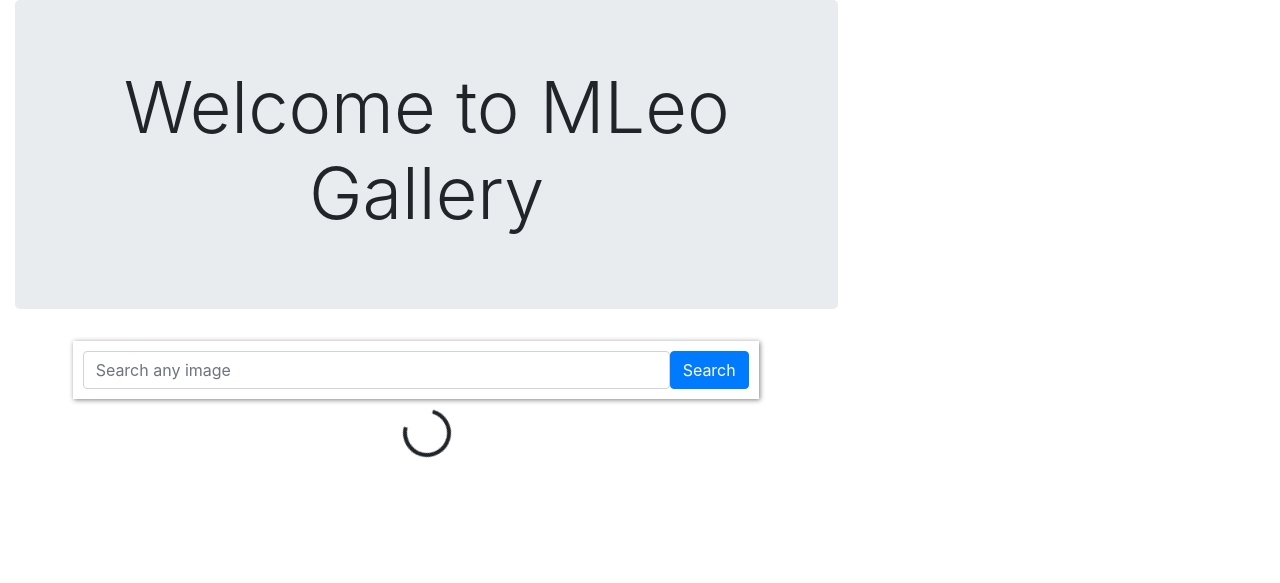
Repository: the-manohar/gallery
Page: /
An editor plug-in stored every save of this project. The page is shown before and after the next save, followed by the edit.
The browser window is 1280 px wide. The pictures show the whole page.
The project was rebuilt for these pictures with package versions that can differ from the ones it lists, and the page was loaded fresh each time.

Above is the page before, as saved 2020-06-18 23:31:25.

### src/index.js
import React from "react";
import ReactDOM from "react-dom";
import "./index.css";
import "bootstrap/dist/css/bootstrap.css";
import App from "./App";
import * as serviceWorker from "./serviceWorker";

ReactDOM.render(
  <React.StrictMode>
    <App />
  </React.StrictMode>,
  document.getElementById("root")
);

// If you want your app to work offline and load faster, you can change
// unregister() to register() below. Note this comes with some pitfalls.
// Learn more about service workers: https://bit.ly/CRA-PWA
serviceWorker.unregister();

### src/App.js
import React, { useState } from "react";
import { Button, InputGroup, Input, Jumbotron, Spinner } from "reactstrap";

import "./App.css";

function App() {
  const [value, setValue] = useState("");
  const [result, setResult] = useState([]);
  const fetchImages = () => {
    fetch(
      `https://api.unsplash.com/search/photos/?client_id=V38aA4zOjg1Xb1lBpNRUAK8duXvqwhDHHJbssXB_Pps&query=${value}&orientation=squarish&per_page=18`
    )
      .then((res) => res.json())
      .then((data) => {
        setResult(data.results);
      });
  };
  return (
    <div className="App col-sm-8">
      <Jumbotron>
        <h1 className="display-3">Welcome to MLeo Gallery</h1>
      </Jumbotron>
      <div className="mydiv col-sm-12 col-md-10">
        <InputGroup>
          <Input
            placeholder="Search any image"
            value={value}
            onChange={(event) => setValue(event.target.value)}
          />
        </InputGroup>
        <Button color="primary" onClick={() => fetchImages()}>
          Search
        </Button>
      </div>

      {result.length > 0 ? (
        <div className="col-sm-12">
          {result.map((item) => {
            return (
              <img
                className=" img-thumbnail"
                key={item.id}
                src={item.urls.small}
                alt={item.urls.small}
              />
            );
          })}
        </div>
      ) : (
        <Spinner style={{ width: "3rem", height: "3rem" }} />
      )}
    </div>
  );
}

export default App;

//

### src/App.css
.App {
  text-align: center;
}
.mydiv {
  display: flex;
  justify-content: space-around;
  margin: 10px 7%;
  box-shadow: 1px 1px 5px grey;
  padding: 10px;
}

.gallery {
  display: flex;
  flex-wrap: wrap;
  justify-content: space-around;
}
.item {
  width: 30%;
  margin: 5px;
}

Loaded but not shown: public/index.html (common file); src/index.css (common file); src/serviceWorker.js (common file)

After the next save:
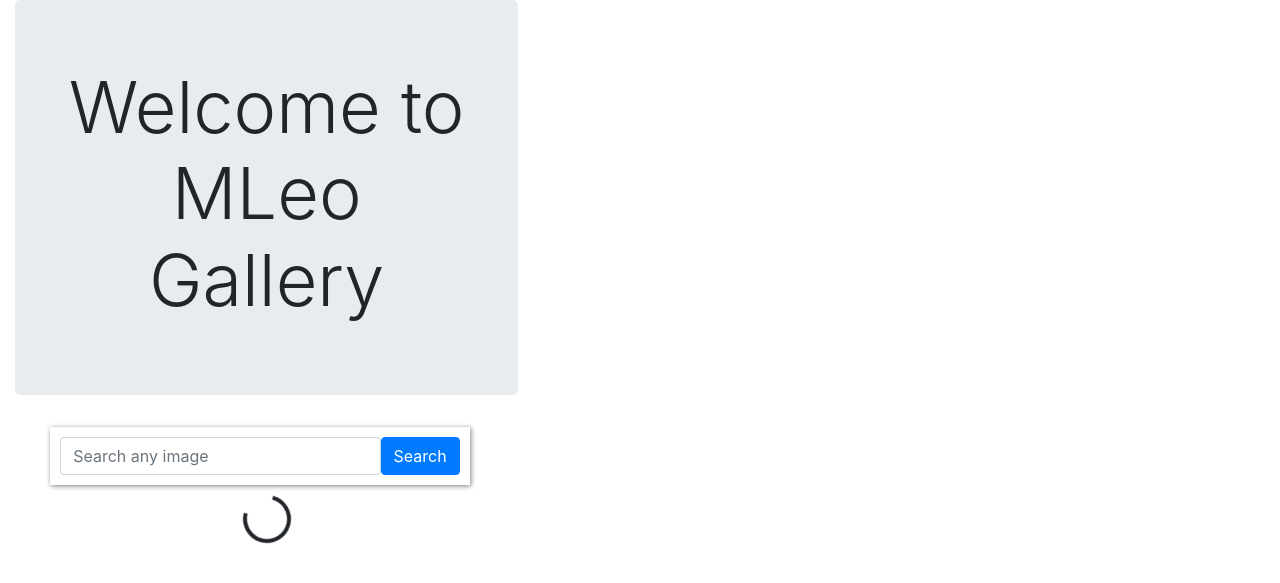
Saved 10 s later.
--- a/src/App.js
+++ b/src/App.js
@@ -16,7 +16,7 @@ function App() {
       });
   };
   return (
-    <div className="App col-sm-8">
+    <div className="App col-sm-5">
       <Jumbotron>
         <h1 className="display-3">Welcome to MLeo Gallery</h1>
       </Jumbotron>
